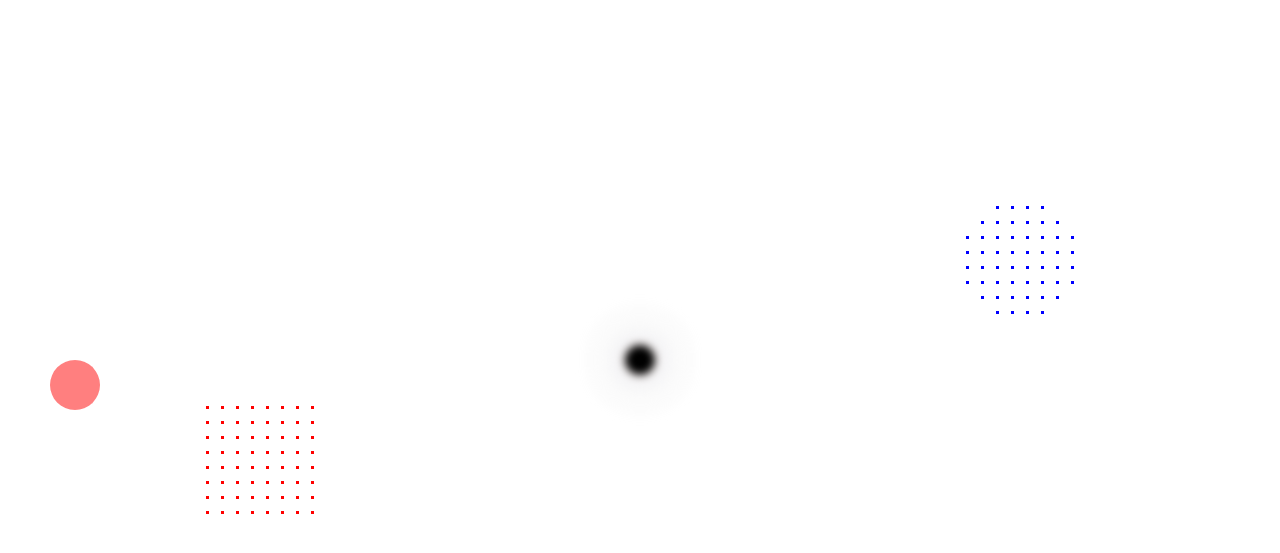
Repository: AdeniranZion/RC-Academy
Page: http://localhost/test/page.php
These files come from the project's save history. The page is drawn as it stood at one moment and after the next save; the edit follows.
The browser window is 1280 px wide. The pictures show the whole page.
The page is run by PHP 8.4 with error messages shown; the project is at /var/www/html/.

Above is the page before, as saved 2024-06-24 11:29:43.

### test/page.php
<!DOCTYPE html>
<html lang="en">
<head>
  <meta charset="utf-8" />
  <title>Neon Object Movement</title>
  <meta name="viewport" content="width=device-width, initial-scale=1, minimum-scale=1, maximum-scale=1" />
  <style>
    body, html {
      margin: 0;
      padding: 0;
      height: 100%;
      overflow: hidden; /* Prevent scrollbars */
    }

    .neon-container {
      position: relative;
      width: 100%;
      height: 100%;
      display: flex;
      justify-content: center;
      align-items: center;
      background-color: #fff;
      overflow: hidden; /* Prevent object from going out of bounds */
    }

    .neon-object {
      position: absolute;
      width: 30px;
      height: 30px;
      border-radius: 50%;
      background-color: #000; /* Add a background color for visibility */
      box-shadow: 0 0 10px #fed, 0 0 20px #dde, 0 0 30px #fff, 0 0 40px #ddd, 0 0 70px #ddd, 0 0 80px #ddd, 0 0 100px #ddd, 0 0 150px #ddd;
      filter: blur(4px); /* Add Gaussian blur effect */
      pointer-events: none; /* Prevent mouse events on the object itself */
      transition: transform 0.1s ease-out; /* Smooth movement */
    }

    .neon-object-2 {
      width: 120px;
      height: 120px;
      border-radius: 3px;
      background-image: radial-gradient(circle, red 15%, transparent 5%); /* Dotted pattern */
      background-size: 15px 15px; /* Size of each dot */
      background-position: 0 0; /* Start position of background */
      position: fixed;
      bottom: 200px;
      left: 200px;
      transition: transform 0.1s ease-out; /* Smooth movement */
    }
    .neon-object-3 {
      width: 120px;
      height: 120px;
      border-radius: 100px;
      background-image: radial-gradient(circle, blue 15%, transparent 5%); /* Dotted pattern */
      background-size: 15px 15px; /* Size of each dot */
      background-position: 0 0; /* Start position of background */
      position: fixed;
      top: 200px;
      right: 200px;
      transition: transform 0.1s ease-out; /* Smooth movement */
    }

    /* Styling for the rotating circle */
    .rotating-circle {
      position: fixed;
      left: 50px; /* Adjust position as needed */
      top: 50%; /* Center vertically */
      width: 50px;
      height: 50px;
      border-radius: 50%;
      background-color: rgba(255, 0, 0, 0.5);
      animation: rotate 4s linear infinite; /* Rotate animation */
    }

    @keyframes rotate {
      from {
        transform: rotate(0deg);
      }
      to {
        transform: rotate(360deg);
      }
    }

  </style>
</head>
<body>
  <div class="neon-container">
    <div class="neon-object"></div>
    <div class="neon-object-2"></div>
    <div class="neon-object-3"></div>
  </div>

  <!-- Rotating circle element -->
  <div class="rotating-circle"></div>

  <script>
    document.addEventListener('mousemove', function(e) {
      const neonObject = document.querySelector('.neon-object');
      const neonObject2 = document.querySelector('.neon-object-2');
      const neonObject3 = document.querySelector('.neon-object-3');
      const container = document.querySelector('.neon-container');

      // Get the mouse position relative to the container
      const rect = container.getBoundingClientRect();
      const centerX = rect.left + rect.width / 2;
      const centerY = rect.top + rect.height / 2;

      // Calculate the distance from the center
      const distanceX = e.clientX - centerX;
      const distanceY = e.clientY - centerY;

      // Set a multiplier to control the trailing effect
      const multiplier = 0.08; // Adjust this value for the trailing effect

      // Update the position of neon-object with a trailing effect
      neonObject.style.transform = `translate(${multiplier * distanceX}px, ${multiplier * distanceY}px)`;

      // Update the position of neon-object-2 with the same trailing effect
      neonObject2.style.transform = `translate(${multiplier * distanceX}px, ${multiplier * distanceY}px)`;

      // Update the position of neon-object-3 with the opposite trailing effect
      neonObject3.style.transform = `translate(${-multiplier * distanceX}px, ${-multiplier * distanceY}px)`;
    });
  </script>
</body>
</html>

After the next save:
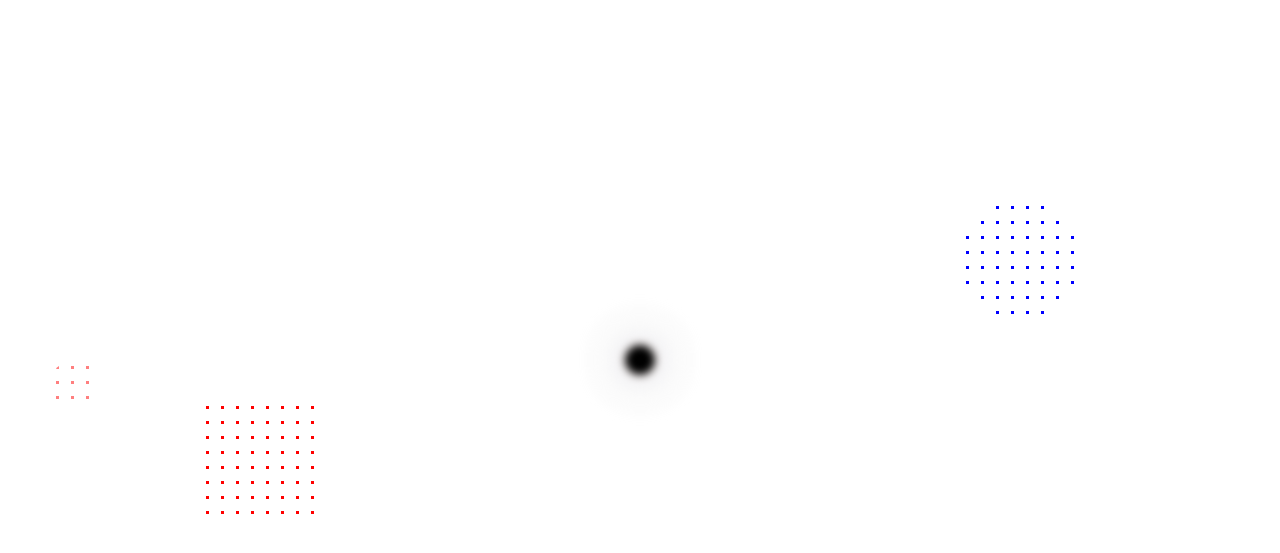
Saved 44 s later.
--- a/test/page.php
+++ b/test/page.php
@@ -68,7 +68,10 @@
       width: 50px;
       height: 50px;
       border-radius: 50%;
-      background-color: rgba(255, 0, 0, 0.5);
+      /* background-color: rgba(255, 0, 0, 0.5); */
+      background-image: radial-gradient(circle, rgba(255, 0, 0, 0.5) 15%, transparent 5%); /* Dotted pattern */
+      background-size: 15px 15px; /* Size of each dot */
+      background-position: 0 0; /*
       animation: rotate 4s linear infinite; /* Rotate animation */
     }
 

After the save that followed:
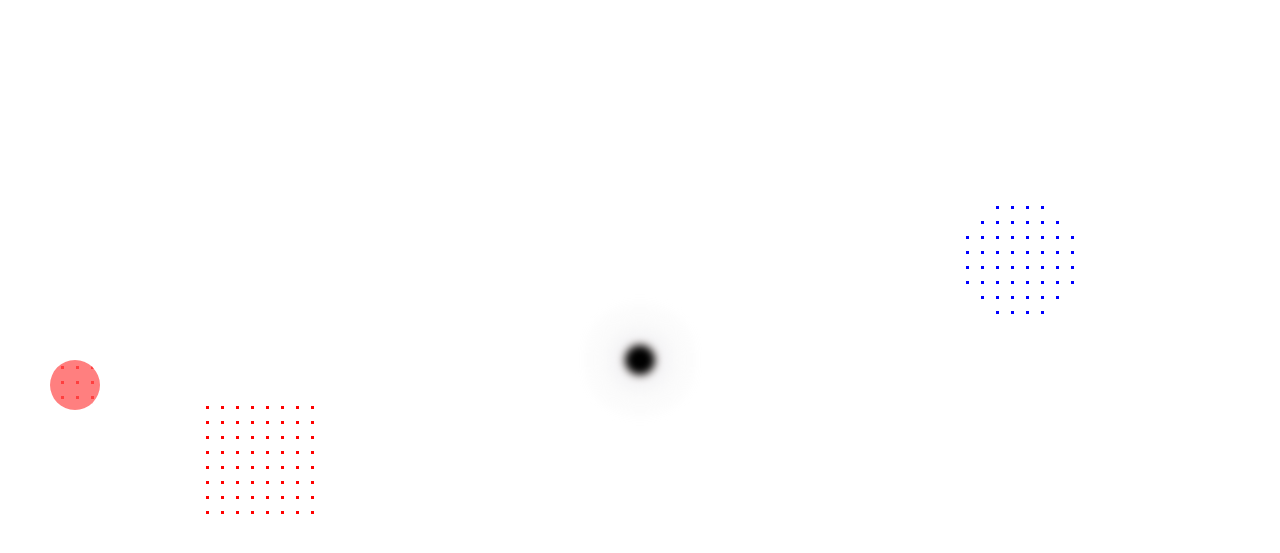
Saved 79 s later.
--- a/test/page.php
+++ b/test/page.php
@@ -68,11 +68,12 @@
       width: 50px;
       height: 50px;
       border-radius: 50%;
-      /* background-color: rgba(255, 0, 0, 0.5); */
+      background-color: rgba(255, 0, 0, 0.5);
+      animation: rotate 4s linear infinite; /* Rotate animation */
       background-image: radial-gradient(circle, rgba(255, 0, 0, 0.5) 15%, transparent 5%); /* Dotted pattern */
       background-size: 15px 15px; /* Size of each dot */
-      background-position: 0 0; /*
-      animation: rotate 4s linear infinite; /* Rotate animation */
+      background-position: 0 0; /* Start position of background */
+      position: fixed;
     }
 
     @keyframes rotate {
